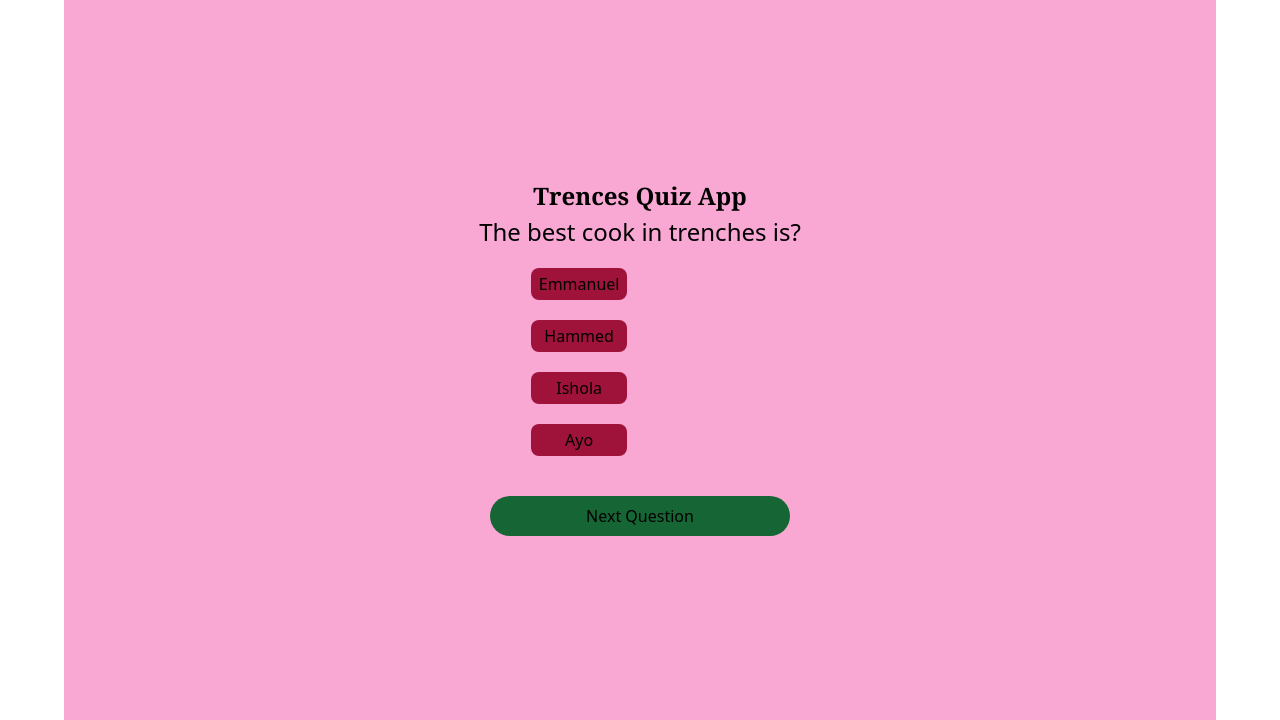
Repository: Semanmernstack/Quiz-react-app
Page: /, after clicking the first element matching `button`
The author's editor kept a copy of each file at every save. The page is drawn from the files as they stood at one save, then again after the next save.
The browser window is 1280 px wide. The pictures show the whole page.
The project was rebuilt for these pictures with package versions that can differ from the ones it lists, and the page was loaded fresh each time. Also part of the build but not shown: src/components/End.js.

Above is the page before, as saved 2023-01-30 02:15:22.

After the next save:
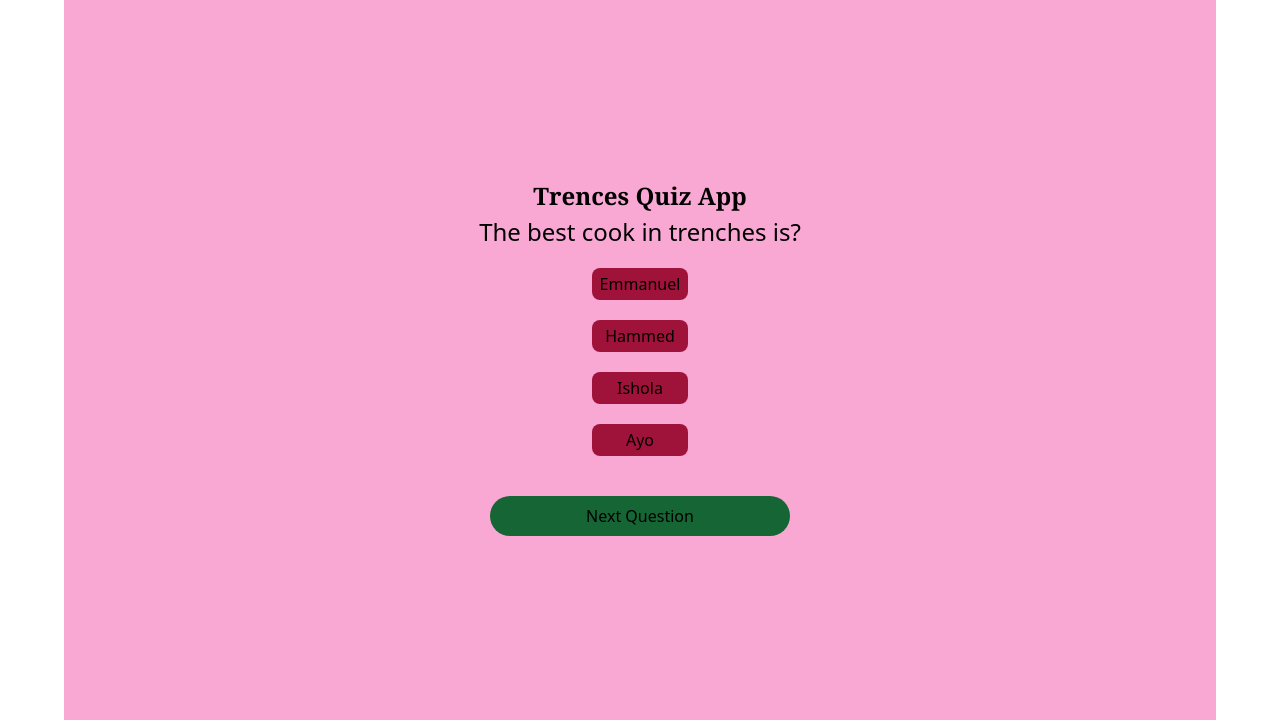
Saved 10 s later.
--- a/src/components/Quiz.js
+++ b/src/components/Quiz.js
@@ -30,7 +30,7 @@ function Quiz() {
   return (
     <div className=" p-1 rounded-xl   ">
         <h1 className="text-2xl">{Question[current].prompt}</h1>
-        <div className="flex mt-5 w-[200px]  cursor-pointer flex-col gap-5 items-center text-center">
+        <div className="flex mt-5   cursor-pointer flex-col gap-5 items-center text-center">
             <button onClick={() => setOption("A")} className="w-24 bg-rose-800 p-1  rounded-lg hover:bg-red-500">{Question[current].optionA}</button>
             <button  onClick={() => setOption("B") } className="w-24 bg-rose-800 p-1 rounded-lg hover:bg-red-500">{Question[current].optionB}</button>
             <button onClick={() => setOption("C")} className="w-24 bg-rose-800 p-1 rounded-lg hover:bg-red-500">{Question[current].optionC}</button>
